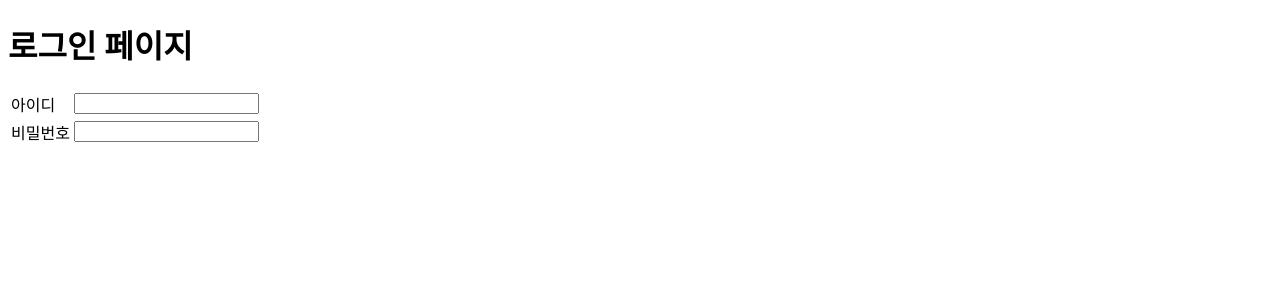
Repository: ksccmp/notice-board
Page: http://localhost/board/login.jsp
These files come from the project's save history. The page is drawn as it stood at one moment and after the next save; the edit follows.
The browser window is 1280 px wide. The pictures show the whole page.
The page is served by Tomcat 9. Nobody is signed in. The application's start-up code is not run.

Above is the page before, as saved 2019-09-18 13:26:22.

After the next save:
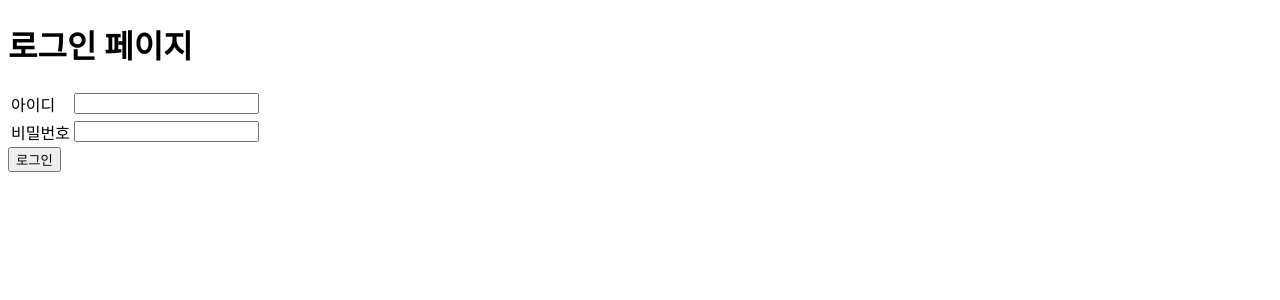
Saved 22 s later.
--- a/board/src/main/webapp/login.jsp
+++ b/board/src/main/webapp/login.jsp
@@ -20,6 +20,7 @@
 				<td><input type="password" id="password" name="password"></td>
 			</tr>
 		</table>
+		<input type="submit" value="로그인">
 	</form>
 </body>
 </html>
